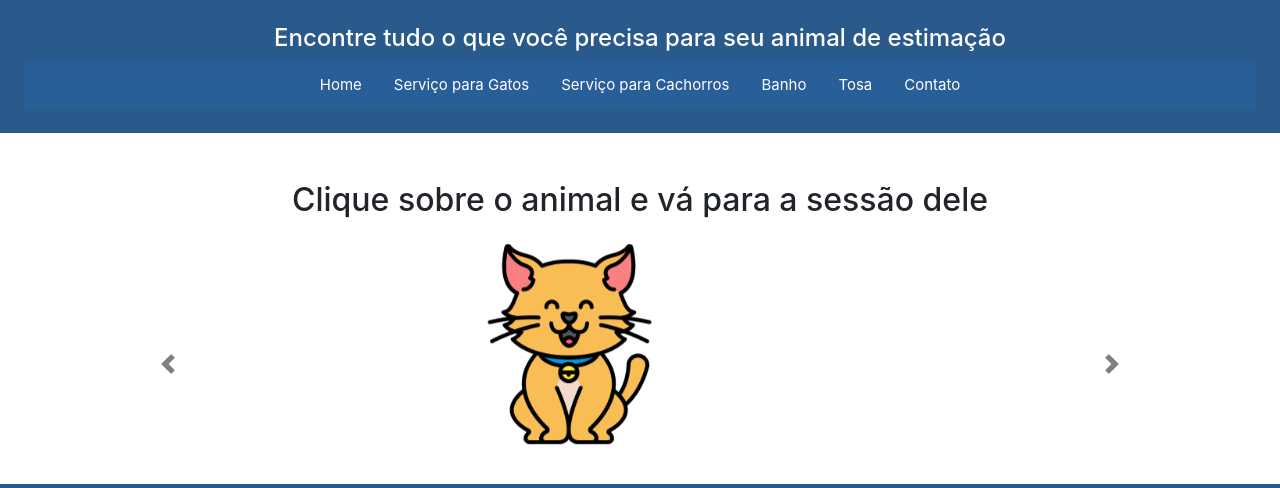
Repository: graeff01/petshop-project
Page: index.html
These files come from the project's save history. The page is drawn as it stood at one moment and after the next save; the edit follows.
The browser window is 1280 px wide. The pictures show the part of the page from y = 0 to 488 px (the page is 1668 px tall before and 1860 px after).
A picture or video elsewhere on the page could not be fetched, so the positions and the page height are approximate.

Above is the page before, as saved 2024-09-18 11:35:48.

After the next save:
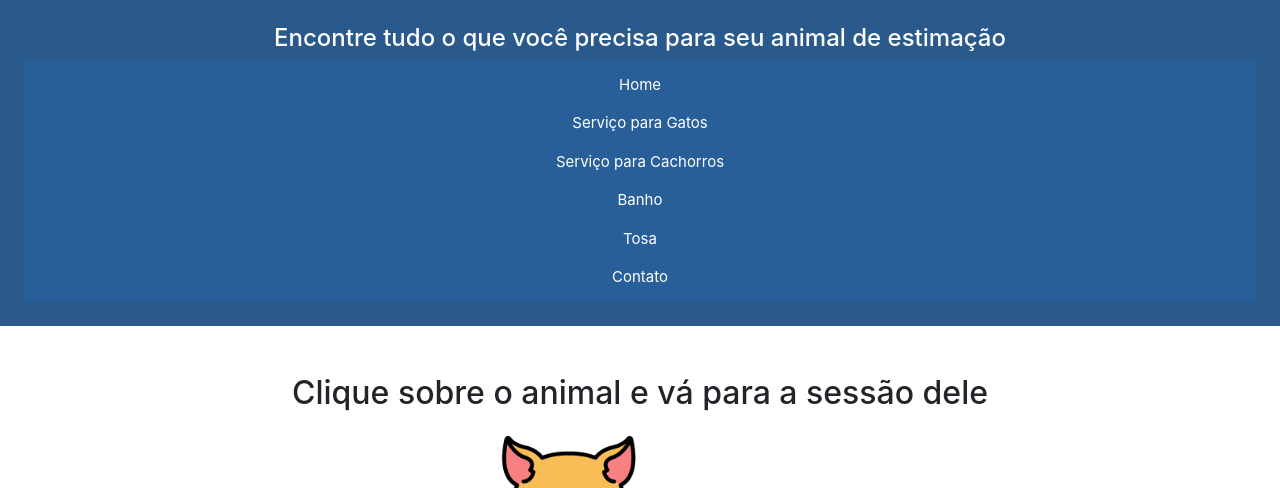
Saved 20 s later.
--- a/css/style.css
+++ b/css/style.css
@@ -20,8 +20,8 @@
 }
 
 nav ul {
-    margin: 0;
-    padding: 0;
+    width: 100%;
+
     list-style: none; /* Remove marcadores de lista */
     display: flex;
     background-color: #2a619cce;
@@ -29,8 +29,7 @@
 }
 
 nav ul li {
-    margin: 0;
-    padding: 0;
+    width: 100%;
 }
 
 nav ul li a {

After the save that followed:
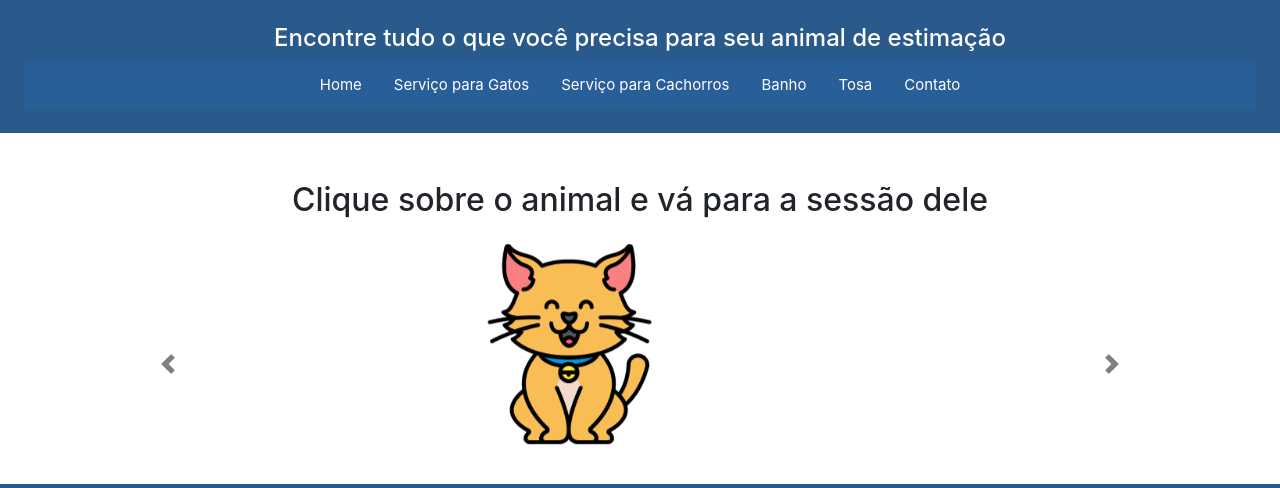
Saved 4 s later.
--- a/css/style.css
+++ b/css/style.css
@@ -29,7 +29,8 @@
 }
 
 nav ul li {
-    width: 100%;
+    margin: 0;
+    padding: 0;
 }
 
 nav ul li a {
